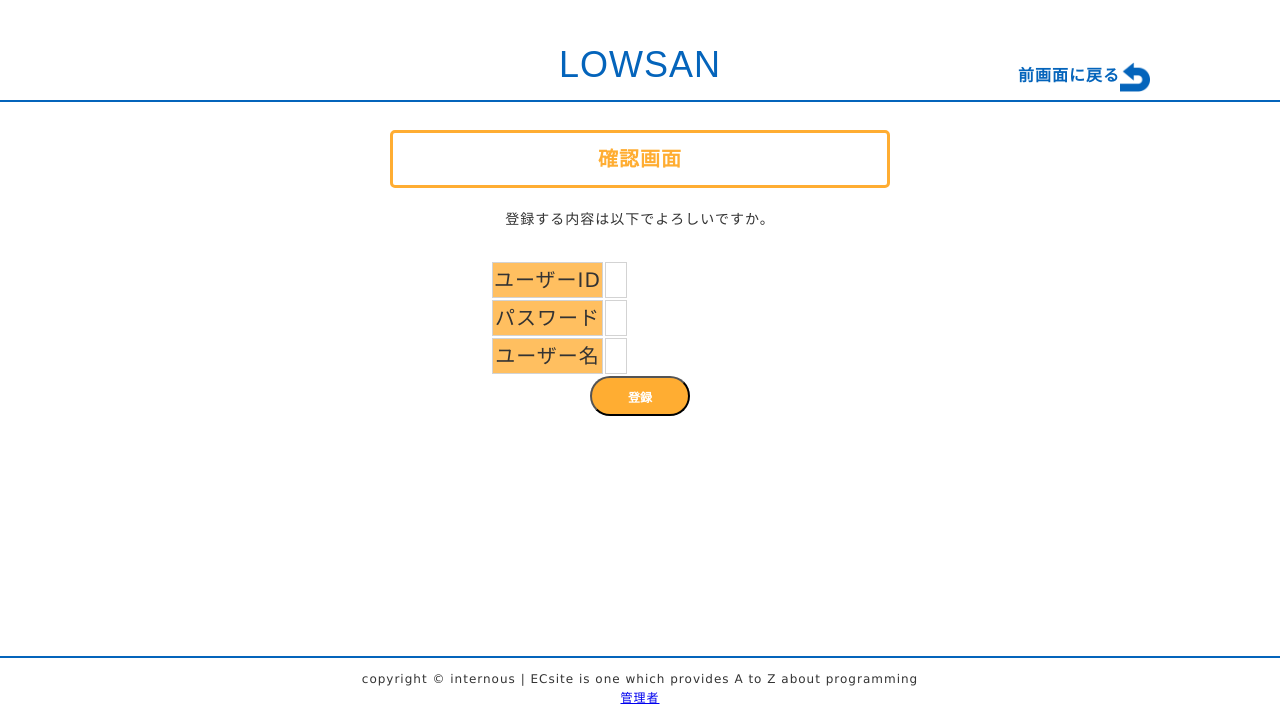
Repository: nishimura0212/myECsite
Page: http://localhost/ecsite/userCreateConfirm.jsp
These files come from the project's save history. The page is drawn as it stood at one moment and after the next save; the edit follows.
The browser window is 1280 px wide. The pictures show the whole page.
The page is served by Tomcat 9.

Above is the page before, as saved 2019-01-19 10:00:48.

After the next save:
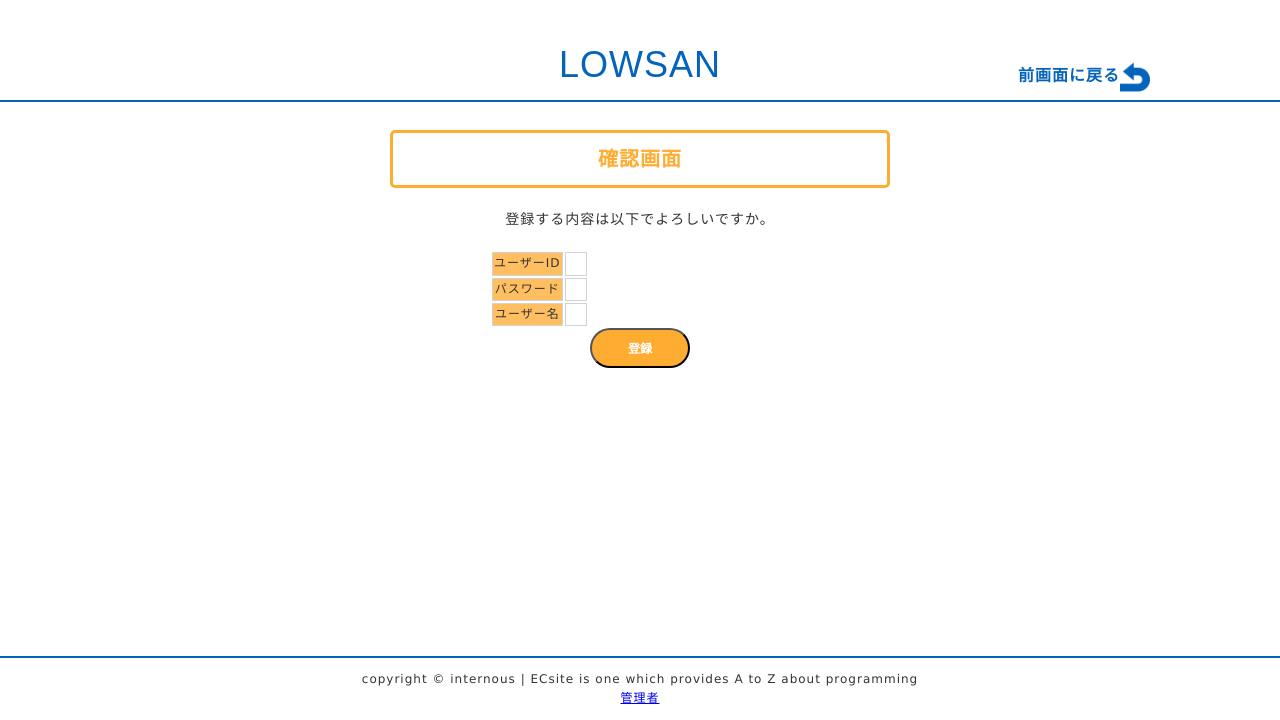
Saved 64 s later.
--- a/ecsite/WebContent/userCreateConfirm.jsp
+++ b/ecsite/WebContent/userCreateConfirm.jsp
@@ -32,7 +32,6 @@
 		<div>
 			<div class="comment">登録する内容は以下でよろしいですか。</div>
 			<div class="center-new">
-			<div class="right">
 				<s:form action="UserCreateCompleteAction">
 					<table>
 						<tr>
@@ -53,7 +52,6 @@
 					</div>
 				</s:form>
 			</div>
-			</div>
 		</div>
 	</div>
 	<div id="footer">
